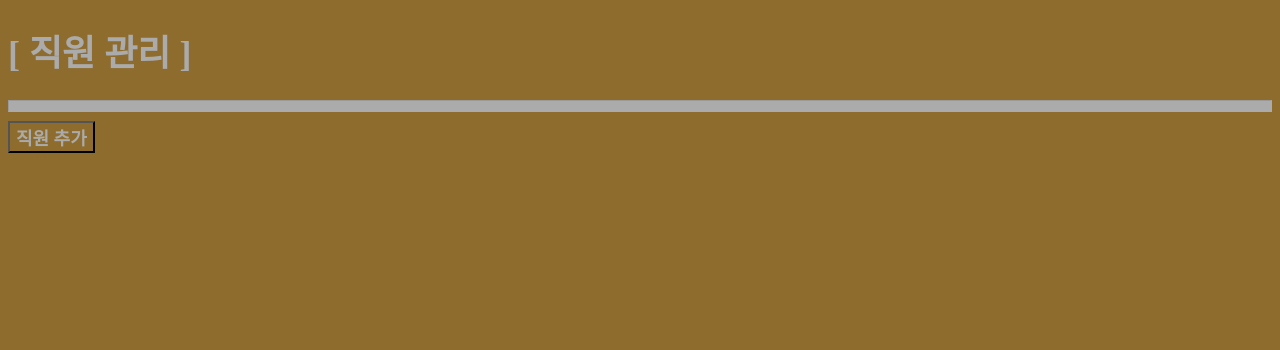
Repository: Umkimisstrong/UM_SpringMVCStudy
Page: http://localhost/mvc04/EmployeeList.jsp
The author's editor kept a copy of each file at every save. The page is drawn from the files as they stood at one save, then again after the next save.
The browser window is 1280 px wide. The pictures show the whole page.
The page is served by Tomcat 9.

Above is the page before, as saved 2022-05-27 01:28:45.

### mvc04/WebContent/EmployeeList.jsp
<%@ page contentType="text/html; charset=UTF-8"%>
<%@ taglib prefix="c" uri="http://java.sun.com/jsp/jstl/core"%>
<%
	request.setCharacterEncoding("UTF-8");
	String cp = request.getContextPath();
%>
<!DOCTYPE html>
<html>
<head>
<meta charset="UTF-8">
<title>EmployeeList.jsp</title>
<link rel="stylesheet" type="text/css" href="css/main.css">
</head>
<body>

<!---------------------------------------------------
	#15 EmployeeList.jsp
	- 직원 리스트 출력 페이지
	- 관리자가 접근하는 직원 데이터 출력 페이지
	  (일반 직원이 접근하는 직원 데이터 출력페이지는
	   EmpList.jsp로 구성 예정)
 ---------------------------------------------------->
<div>
	<!-- 메뉴 영역 -->
	<div>
	</div>

	<!-- 콘텐츠 영역 -->
	<div id="content">
		<h1>[ 직원 관리 ]</h1>
		<hr />

		<div>
			<form action="">
				<input type="button" value="직원 추가" class="btn" onclick="" />
			</form>
		</div>
		<br />
		<br />
	<!-- ---------------------------------------------------
	EMPLOYEEID NAME SSN BIRTHDAY LUNAR LUNARNAME TELEPHONE
	DEPARTMENTID DEPARTMENTNAME POSITIONID POSITIONNAME
	REGIONID REGIONNAME BASICPAY EXTRAPAY PAY GRADE
	----------------------------------------------------  -->
	</div>

	<!-- 회사 소개 및 어플리케이션 소개 영역 -->
	<div id="footer">

	</div>






</div>





</body>
</html>

### mvc04/WebContent/css/main.css
@charset "UTF-8";

*
{
	background-color: #8d6c2e;
	font-family: 나눔고딕코딩;
	color: #ababab;
	font-weight: bold;
}
hr
{
	background-color: #ababab;
	height: 10px;
	border-bottom-color: #ababab;
	border-right-color: #ababab;
}
body, p, div, span, input, table, th, td, select
{
	font-size: 18px;
	font-weight: bold;
}
.txt
{
	font-weight: bold;
	background-color: #408080;
	width:150px;
}
.txt:focus
{
	font-weight: bold;
	background-color: #948716;
	width:150px;
}

.control
{
	border: 1px solid grey;
	border-radius: 3px;
	font-weight: bold;
}

.table
{
	border-collapse: collapse;
	width: 250px;
	font-weight: bold;
}

.table th, .table td
{
	border: 1px solid grey;
	border-left: 1px;
	border-right: 1px;
	padding: 3px;
	line-height: 150%;
	font-weight: bold;
}
.table td
{
	background-color: gray;
	font-weight: bold;
}
.table th
{
	font-weight: bold;
	background-color: #EEE;
}
.btn
{
	background-color: #8d6c2e;
}

.btn01
{
	font-weight: bold;
	width: 80px;
	color: blue;
	background-color: gray;

}
.btn02
{
	font-weight: bold;
	width: 80px;
	color: red;
	background-color: gray;
}

.btn:hover
{
	font-weight: bold;
	color: white;
	background-color: tomato;
}

After the next save:
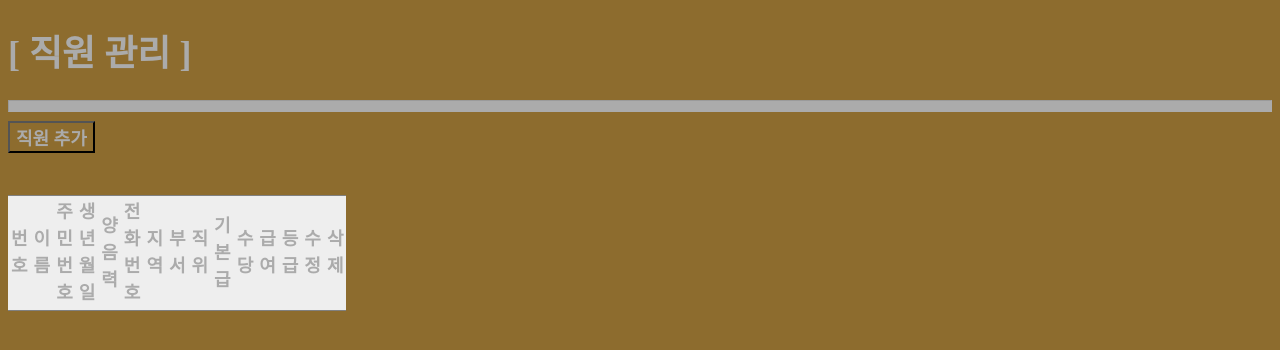
Saved 118 s later.
--- a/mvc04/WebContent/EmployeeList.jsp
+++ b/mvc04/WebContent/EmployeeList.jsp
@@ -42,6 +42,31 @@
 	DEPARTMENTID DEPARTMENTNAME POSITIONID POSITIONNAME
 	REGIONID REGIONNAME BASICPAY EXTRAPAY PAY GRADE
 	----------------------------------------------------  -->
+	<table id="customers" class="table">
+		<tr>
+			<!-- 항목 15EA -->
+			<th>번호</th>
+			<th>이름</th>
+			<th>주민번호</th>
+			<th>생년월일</th>
+			<th>양음력</th>
+			<th>전화번호</th>
+			<th>지역</th>
+			<th>부서</th>
+			<th>직위</th>
+			<th>기본급</th>
+			<th>수당</th>
+			<th>급여</th>
+			<th>등급</th>
+			<th>수정</th>
+			<th>삭제</th>
+		</tr>
+
+
+	</table>
+
+
+
 	</div>
 
 	<!-- 회사 소개 및 어플리케이션 소개 영역 -->
